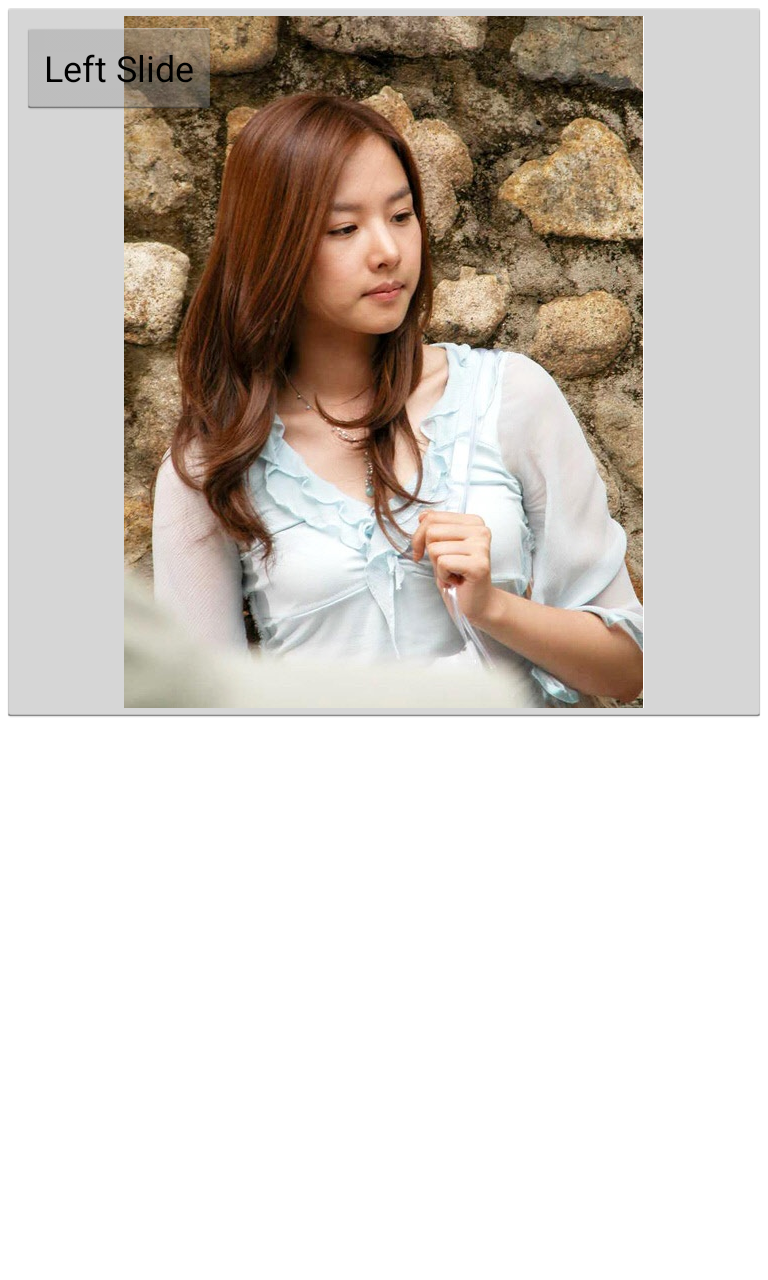
Repository: venusgo/movieClient
Layout: movie_client/res/layout/activity_main.xml
These files come from the project's save history. The layout is drawn as it stood at one moment and after the next save; the edit follows.
It is drawn on a 768 x 1280 px phone screen (xhdpi) without system bars, with theme AppTheme; the app's code is not run.

Above is the layout before, as saved 2013-09-30 05:23:34.

### movie_client/res/layout/activity_main.xml
<LinearLayout xmlns:android="http://schemas.android.com/apk/res/android"
    xmlns:tools="http://schemas.android.com/tools"
    android:layout_width="fill_parent"
    android:layout_height="match_parent"
    android:orientation="vertical" >

    <FrameLayout
        android:layout_width="fill_parent"
        android:layout_height="match_parent"
        android:background="#ffffff"
        android:orientation="vertical" >

        <LinearLayout
            android:id="@+id/ll_menuLayout"
            android:layout_width="match_parent"
            android:layout_height="match_parent"
            android:background="#ff393c46"
            android:gravity="left"
            android:orientation="vertical"
            android:textColor="#ff000000" >

            <!-- include -->

            <include
                android:id="@+id/ic_leftslidemenu"
                android:layout_width="match_parent"
                android:layout_height="match_parent"
                layout="@layout/leftslidemenu" />
        </LinearLayout>

        <!-- slide layout -->

        <LinearLayout
            android:id="@+id/ll_mainlayout"
            android:layout_width="match_parent"
            android:layout_height="match_parent"
            android:background="#ffffffff"
            android:gravity="left"
            android:orientation="vertical" >

            <ImageButton
                android:layout_width="match_parent"
                android:layout_height="wrap_content"
                android:src="@drawable/poster" />
        </LinearLayout>

        <Button
            android:id="@+id/bt_left"
            android:layout_width="wrap_content"
            android:layout_height="wrap_content"
            android:layout_margin="10dp"
            android:text="Left Slide" />

    </FrameLayout>

    <FrameLayout
        android:layout_width="match_parent"
        android:layout_height="match_parent" >

        <LinearLayout
            android:id="@+id/ll_fragment"
            android:layout_width="match_parent"
            android:layout_height="wrap_content"
            android:orientation="vertical" >
        </LinearLayout>

        <LinearLayout
            android:id="@+id/ll_empty"
            android:layout_width="fill_parent"
            android:layout_height="fill_parent"
            android:background="@android:color/transparent"
            android:orientation="vertical" >
        </LinearLayout>
    </FrameLayout>

</LinearLayout>

### movie_client/res/layout/leftslidemenu.xml
<LinearLayout xmlns:android="http://schemas.android.com/apk/res/android"
    xmlns:tools="http://schemas.android.com/tools"
    android:layout_width="fill_parent"
    android:layout_height="match_parent"
    android:background="#994444cc"
    android:orientation="vertical"
    android:padding="10dp" >

    <Button
        android:id="@+id/btn1"
        android:layout_width="fill_parent"
        android:layout_height="wrap_content"
        android:text="Button 1 " />

    <Button
        android:id="@+id/btn2"
        android:layout_width="fill_parent"
        android:layout_height="wrap_content"
        android:text="Button 2 " />

    <Button
        android:id="@+id/btn3"
        android:layout_width="fill_parent"
        android:layout_height="wrap_content"
        android:text="Button 3 " />

    <Button
        android:id="@+id/btn4"
        android:layout_width="fill_parent"
        android:layout_height="wrap_content"
        android:text="Button 4 " />

</LinearLayout>

Loaded but not shown: movie_client/res/values/styles.xml (common file); movie_client/res/values-v11/styles.xml (common file); movie_client/res/values-v14/styles.xml (common file)

After the next save:
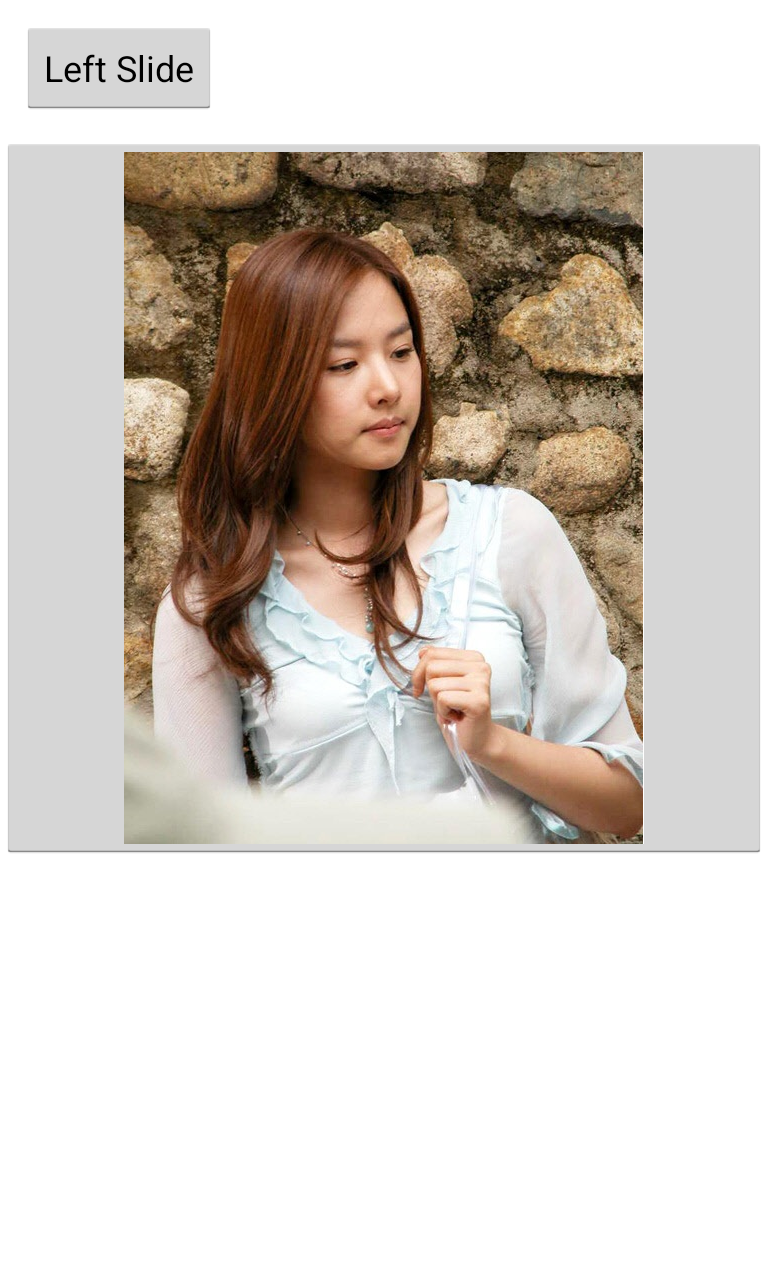
Saved 59 s later.
--- a/movie_client/res/layout/activity_main.xml
+++ b/movie_client/res/layout/activity_main.xml
@@ -38,18 +38,19 @@
             android:gravity="left"
             android:orientation="vertical" >
 
+            <Button
+                android:id="@+id/bt_left"
+                android:layout_width="wrap_content"
+                android:layout_height="wrap_content"
+                android:layout_margin="10dp"
+                android:text="Left Slide" />
+
             <ImageButton
                 android:layout_width="match_parent"
                 android:layout_height="wrap_content"
                 android:src="@drawable/poster" />
+
         </LinearLayout>
-
-        <Button
-            android:id="@+id/bt_left"
-            android:layout_width="wrap_content"
-            android:layout_height="wrap_content"
-            android:layout_margin="10dp"
-            android:text="Left Slide" />
 
     </FrameLayout>
 
